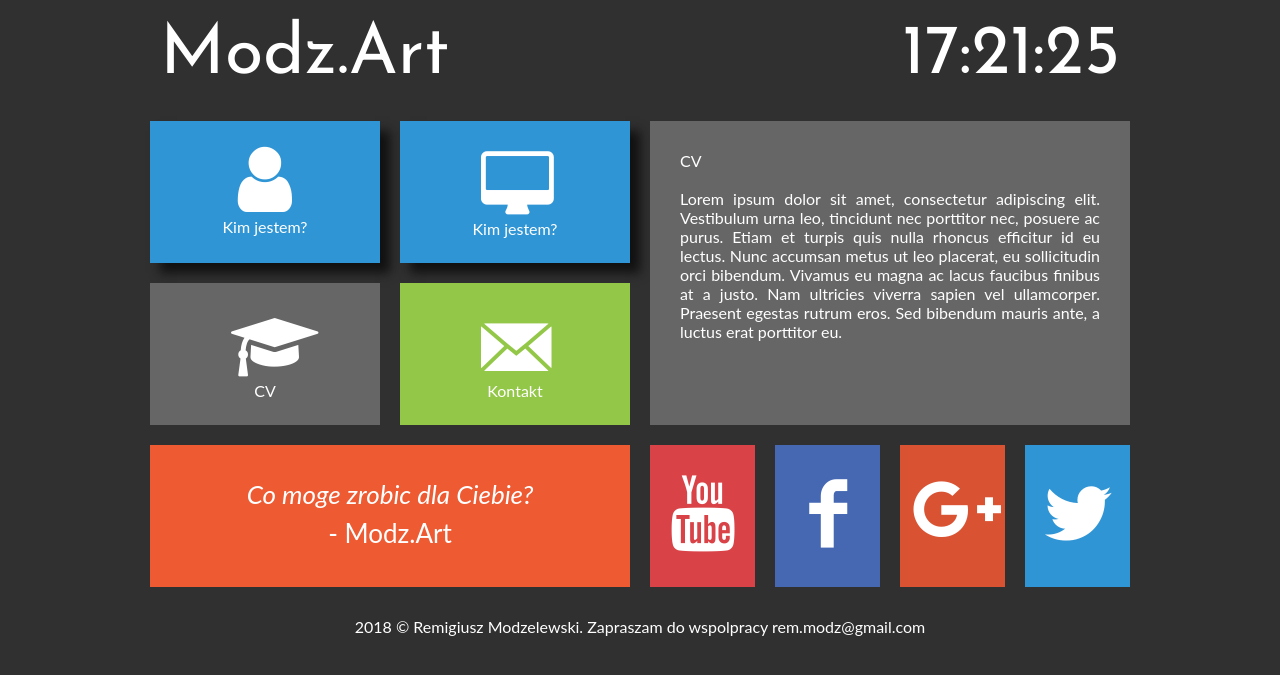
Repository: RemModz/Portfolio
Page: cv.html
An editor plug-in stored every save of this project. The page is shown before and after the next save, followed by the edit.
The browser window is 1280 px wide. The pictures show the whole page.

Above is the page before, as saved 2018-11-07 18:51:15.

After the next save:
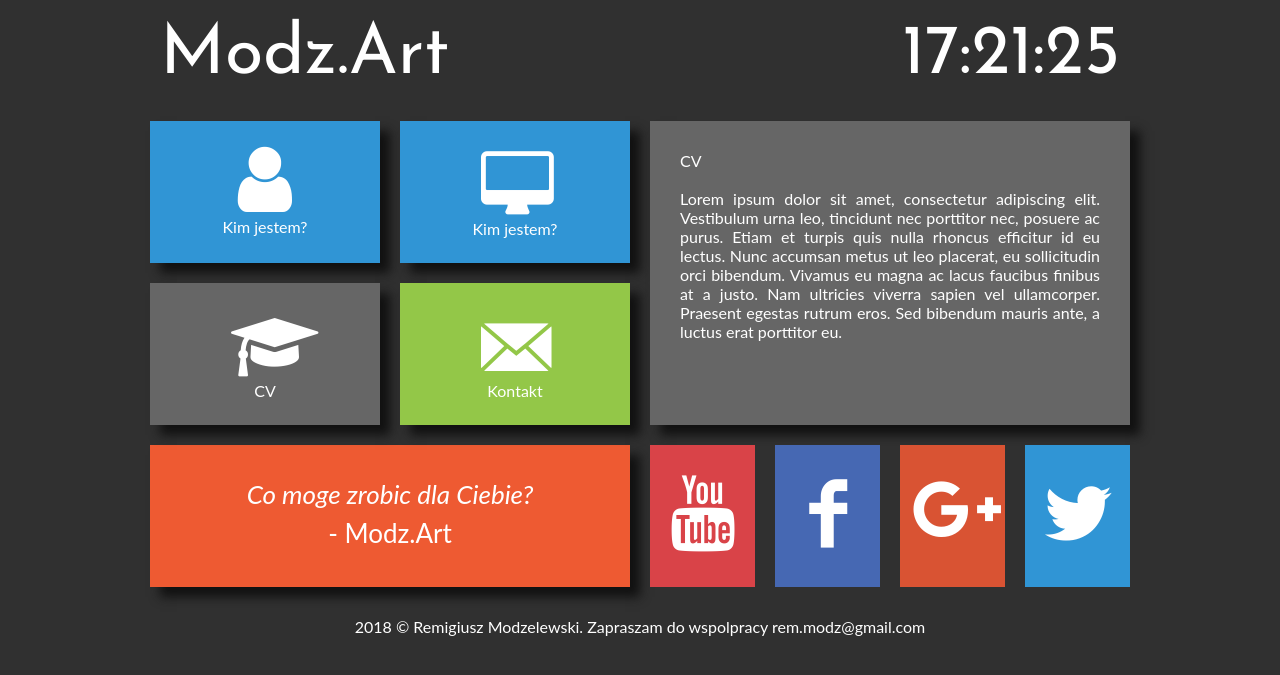
Saved 42 s later.
--- a/style.css
+++ b/style.css
@@ -57,6 +57,7 @@
     background-color: #666666;
     float: left;
     text-align: center;
+    box-shadow: #111111 10px 10px 10px;
 }
 
 .tile2:hover {
@@ -70,6 +71,7 @@
     background-color: #93c748;
     float: left;
     text-align: center;
+    box-shadow: #111111 10px 10px 10px;
 }
 .tile3:hover {
     background-color: #82b637;
@@ -84,6 +86,7 @@
     text-align: center;
     font-size: 26px;
     line-height: 150%;
+    box-shadow: #111111 10px 10px 10px;
 
 }
 
@@ -98,6 +101,7 @@
     background-color: #666666;
     text-align: justify;
     padding: 30px;
+    box-shadow: #111111 10px 10px 10px;
 }
 
 .yt {
